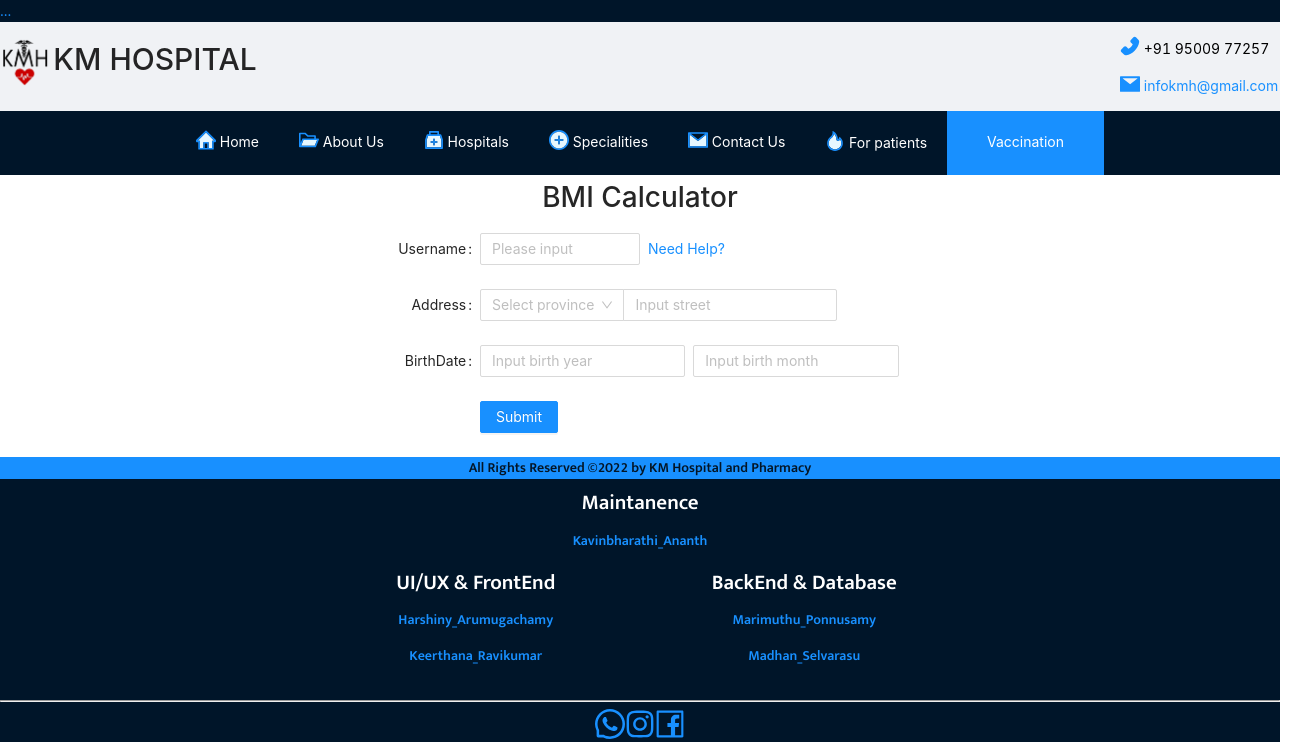
Repository: marimuthu1001/KHM-hospital
Page: /bmicalculator (app in km-hospital/)
An editor plug-in stored every save of this project. The page is shown before and after the next save, followed by the edit.
The browser window is 1280 px wide. The page is 1297 px wide, so the pictures cover 1297 px, including what lies to the right of the window. The pictures show the whole page.
The project was rebuilt for these pictures with package versions that can differ from the ones it lists, and the page was loaded fresh each time. Also part of the build but not shown: km-hospital/src/Styles/ContactUs.module.css, km-hospital/src/Pages/ContactUs.jsx, km-hospital/src/Pages/AboutUS.jsx, km-hospital/src/Styles/Specialities.module.css, km-hospital/src/firebase.js, km-hospital/src/Pages/Specialities.jsx, km-hospital/src/Pages/Feedback.jsx.

Above is the page before, as saved 2022-01-25 14:15:56.

After the next save:
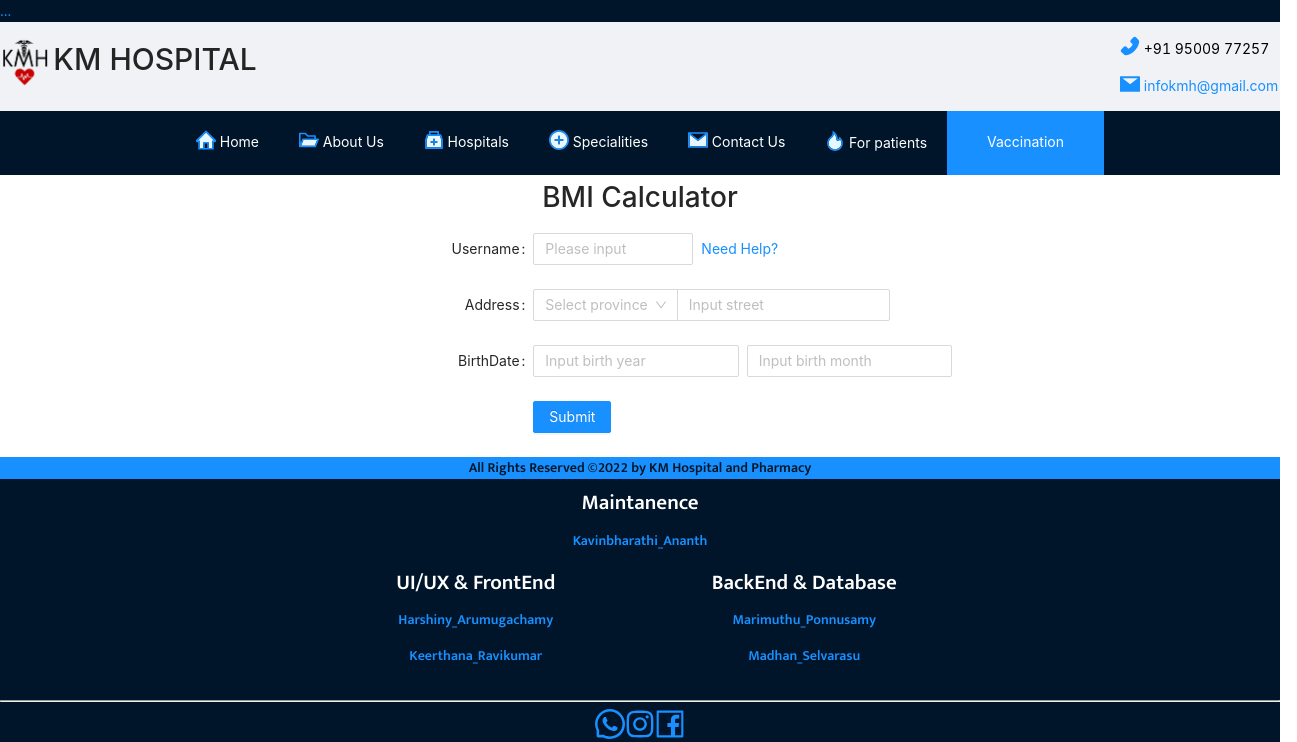
Saved 8 s later.
--- a/km-hospital/src/Pages/For Patients/Bmi_Calculator.jsx
+++ b/km-hospital/src/Pages/For Patients/Bmi_Calculator.jsx
@@ -24,7 +24,7 @@ function Bmi_Calculator() {
 
 
 
-            <Form name="complex-form" onFinish={onFinish} labelCol={{ span: 9 }} wrapperCol={{ span: 8 }}>
+            <Form name="complex-form" onFinish={onFinish} labelCol={{ span: 10 }} wrapperCol={{ span: 8 }}>
                 <Form.Item label="Username">
                     <Space>
                     <Form.Item
